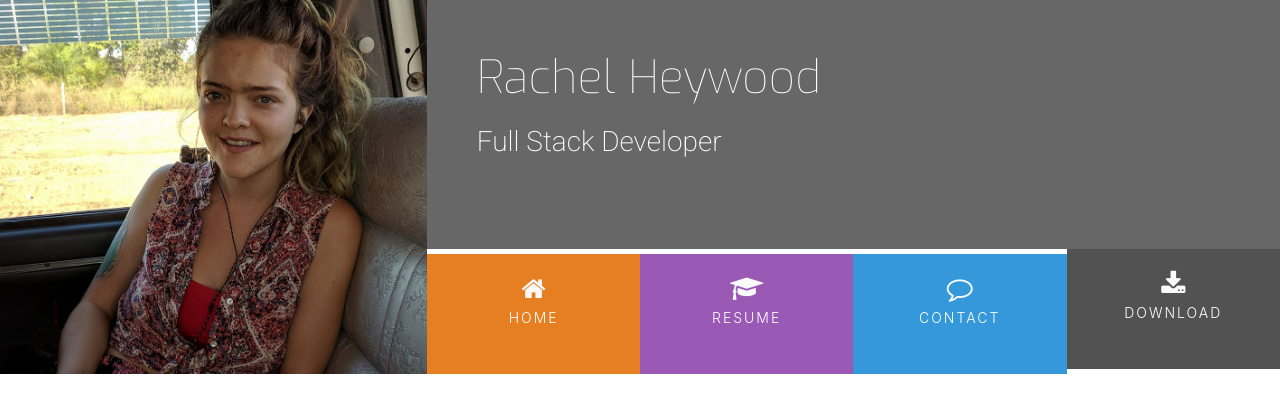
Repository: Heywood93/resume
Page: index.html
The author's editor kept a record of every edit. The page is drawn from the files as they stood at one moment, then again after the next edit.
The browser window is 1280 px wide. The pictures show the whole page.

Above is the page before.

### index.html
<!DOCTYPE html>
<html lang="en">
<head>
    <meta charset="UTF-8">
    <meta name="viewport" content="width=device-width, initial-scale=1.0">
    <meta http-equiv="X-UA-Compatible" content="ie=edge">
    <link rel="stylesheet" href="https://stackpath.bootstrapcdn.com/bootstrap/4.3.1/css/bootstrap.min.css" type="text/css" />
    <link rel="stylesheet" href="https://stackpath.bootstrapcdn.com/font-awesome/4.7.0/css/font-awesome.min.css" type="text/css" />
    <link rel="stylesheet" href="assets/css/style.css" type="text/css" />
    <link rel="stylesheet" href="https://cdnjs.cloudflare.com/ajax/libs/hover.css/2.3.1/css/hover-min.css" type="text/css" />
    <title>Rachel Heywood</title>
</head>
<body>
    <header>
        <div class="row no-gutters">
            <a href="index.html" class="col-md-4 logo">

            </a>
            <div class="col-md-8">
                <div class="row no-gutters bg-color-name-title">
                    <div class="col heading">
                        <h1 class="name">Rachel Heywood</h1>
                        <h2 class="title">Full Stack Developer</h2>
                    </div>
                </div>
                <div class="row no-gutters">
                    <div class="col">
                        <ul id="nav" class="list-inline menucontainer">
                            <li class="col-6 col-sm-3 ui-menu-color-home list-inline-item menuitem">
                                <a href="#" class="hvr-sweep-to-bottom"><i class="fa fa-home" aria-hidden="true"></i><span>Home</span></a>
                            </li>
                            <li class="col-6 col-sm-3 ui-menu-color-resume list-inline-item menuitem">
                                <a href="#" class="hvr-sweep-to-bottom"><i class="fa fa-graduation-cap" aria-hidden="true"></i><span>Resume</span></a>
                            </li>
                            <li class="col-6 col-sm-3 ui-menu-color-contact list-inline-item menuitem">
                                <a href="#" class="hvr-sweep-to-bottom"><i class="fa fa-comment-o" aria-hidden="true"></i><span>Contact</span></a>
                            </li>
                            <li class="col-6 col-sm-3 ui-menu-color-download list-inline-item menuitem">
                                <a href="#"><i class="fa fa-download" aria-hidden="true"></i><span>Download</span></a>
                            </li>
                        </ul>
                    </div>
                </div>
            </div>
        </div>

    </header>
    <section>

    </section>
    <footer>

    </footer>
</body>
</html>

### assets/css/style.css
@import url('https://fonts.googleapis.com/css?family=Roboto:100,200,300,400,500,600,700|Exo:100,200,300,400,500,600,700');

/*----------Colors */

.bg-color-name-title {
    background-color: #676767;
}

.ui-menu-color-home {
    background-color: #e67e22
}

.ui-menu-color-resume {
    background-color: #9b59b6
}

.ui-menu-color-contact {
    background-color: #3498db
}

.ui-menu-color-download {
    background-color: #525252
}

/*----------Heading */

header {
    margin: 0;
}

.heading {
    margin-left : 50px;
}

.logo {
    background: url(../images/profile-picture.jpg);
    background-position: center;
    background-repeat: no-repeat;
    background-size: cover;
    min-height: 360px;
    transition: all .5s ease-in-out;
    -moz-transition: all .5s ease-in-out;
    -webkit-transition: all .5s ease-in-out;
}

.name {
    font-family: "Exo", sans-serif;
    font-weight: 100;
    font-size: 46px;
    margin-top: 50px;
    color: #fff;
}

.title {
    font-family: "Roboto", sans-serif;
    font-weight: 200;
    font-size: 28px;
    margin-top: 20px;
    margin-bottom: 90px;
    color: #fff;
}

.list-inline-item:not(:last-child) {
    margin: 0;
}

.menucontainer {
    font-size: 0;
}

#nav {
    margin: 0;
}

#nav li {
    font-size: 14px;
    padding: 0;
}

.menuitem {
    height: 120px;
    text-align: center;
    padding: 0;
}

.menuitem a {
    width: 100%;
    text-decoration: none;
    color: #fff;
    height: 120px;
}

.menuitem a i {
    padding-top: 22px;
    display: block;
    color: #fafafa;
    font-size: 26px;
}

.menuitem span {
    display: block;
    width: 100%;
    padding-top: 5px;
    text-align: center;
    text-transform: uppercase;
    font-size: 14px;
    font-weight: 300;
    letter-spacing: 2px;
}

/*----------Hover.css */

.hvr-sweep-to-bottom:before {
    background: rgba(0, 0, 0, 0.2);
    height: 120px;
}

After the next edit:
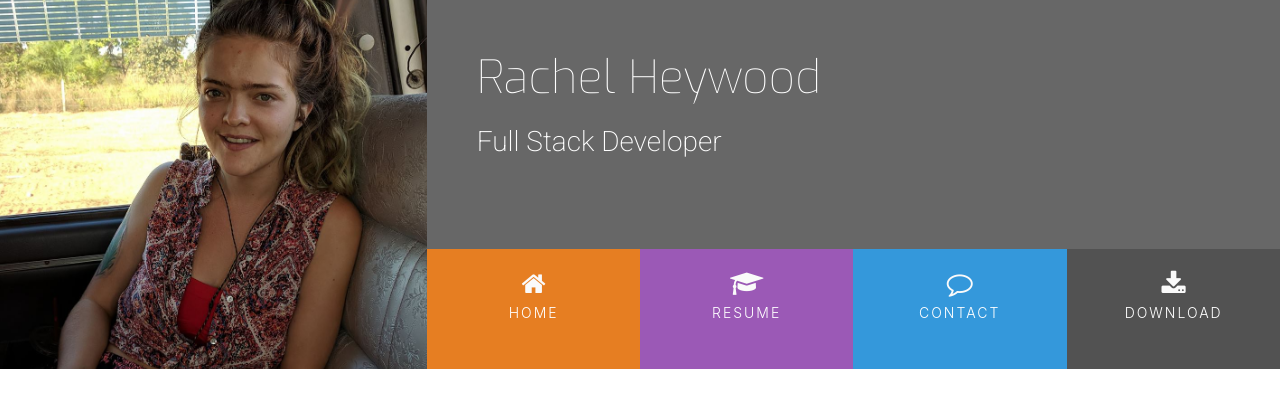
The edit:
--- a/index.html
+++ b/index.html
@@ -36,7 +36,7 @@
                                 <a href="#" class="hvr-sweep-to-bottom"><i class="fa fa-comment-o" aria-hidden="true"></i><span>Contact</span></a>
                             </li>
                             <li class="col-6 col-sm-3 ui-menu-color-download list-inline-item menuitem">
-                                <a href="#"><i class="fa fa-download" aria-hidden="true"></i><span>Download</span></a>
+                                <a href="#" class="hvr-sweep-to-bottom"><i class="fa fa-download" aria-hidden="true"></i><span>Download</span></a>
                             </li>
                         </ul>
                     </div>
